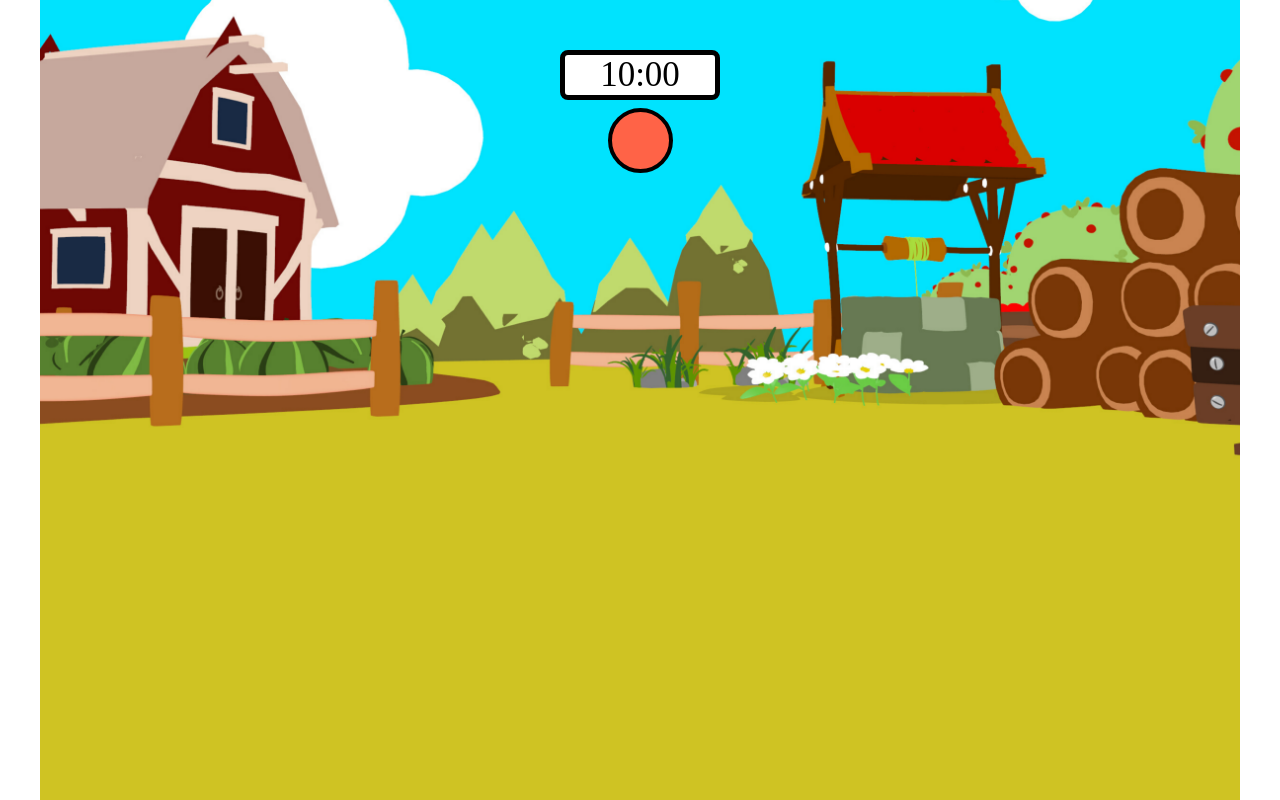
Repository: keehoonjung/Bug-Game
Page: index.html
An editor plug-in stored every save of this project. The page is shown before and after the next save, followed by the edit.
The browser window is 1280 px wide. The pictures show the whole page.
Some web libraries are served in a nearby version.

Above is the page before, as saved 2021-08-10 16:35:02.

After the next save:
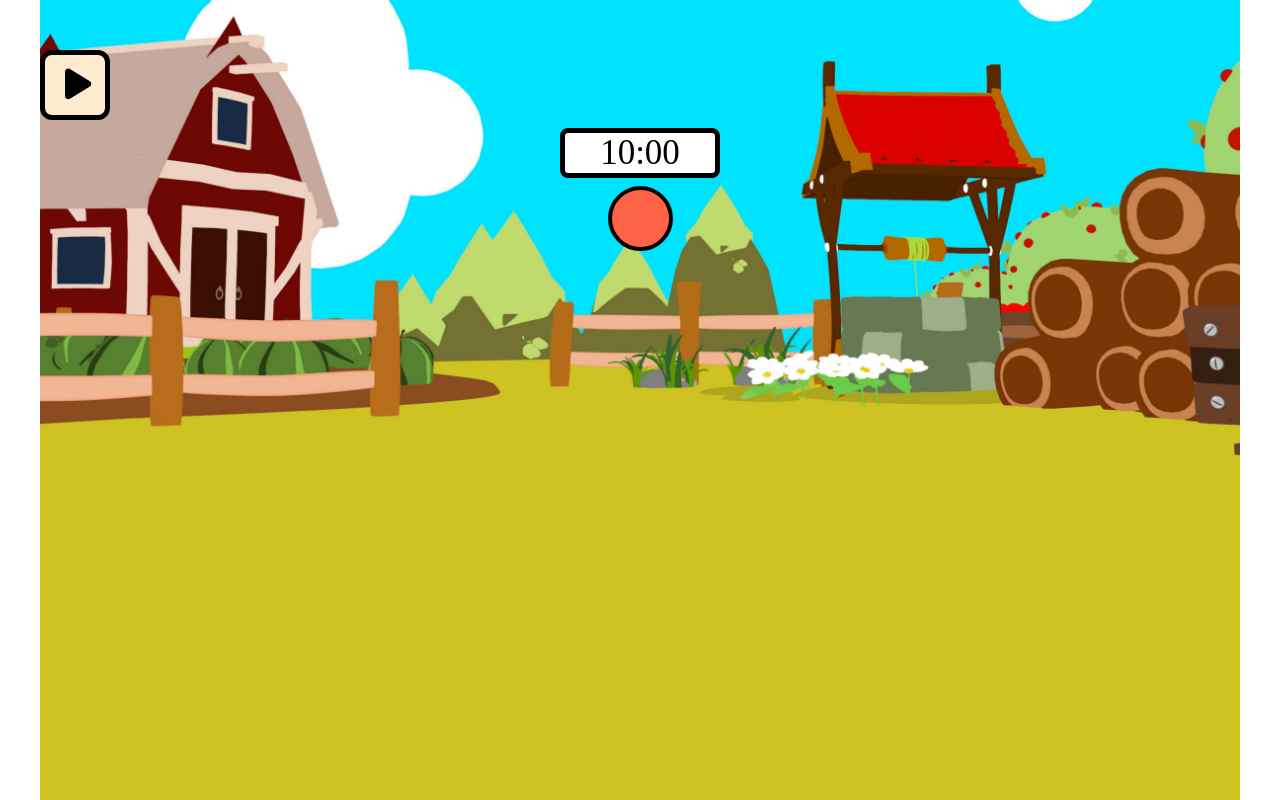
Saved 7 s later.
--- a/index.html
+++ b/index.html
@@ -12,7 +12,7 @@
 <body>
     <section class="container">
         <section class="header">
-            <button class="play__btn">
+            <button class="play__btn visible">
                 <i class="fas fa-play"></i>
             </button>
             <button class="stop__btn">
